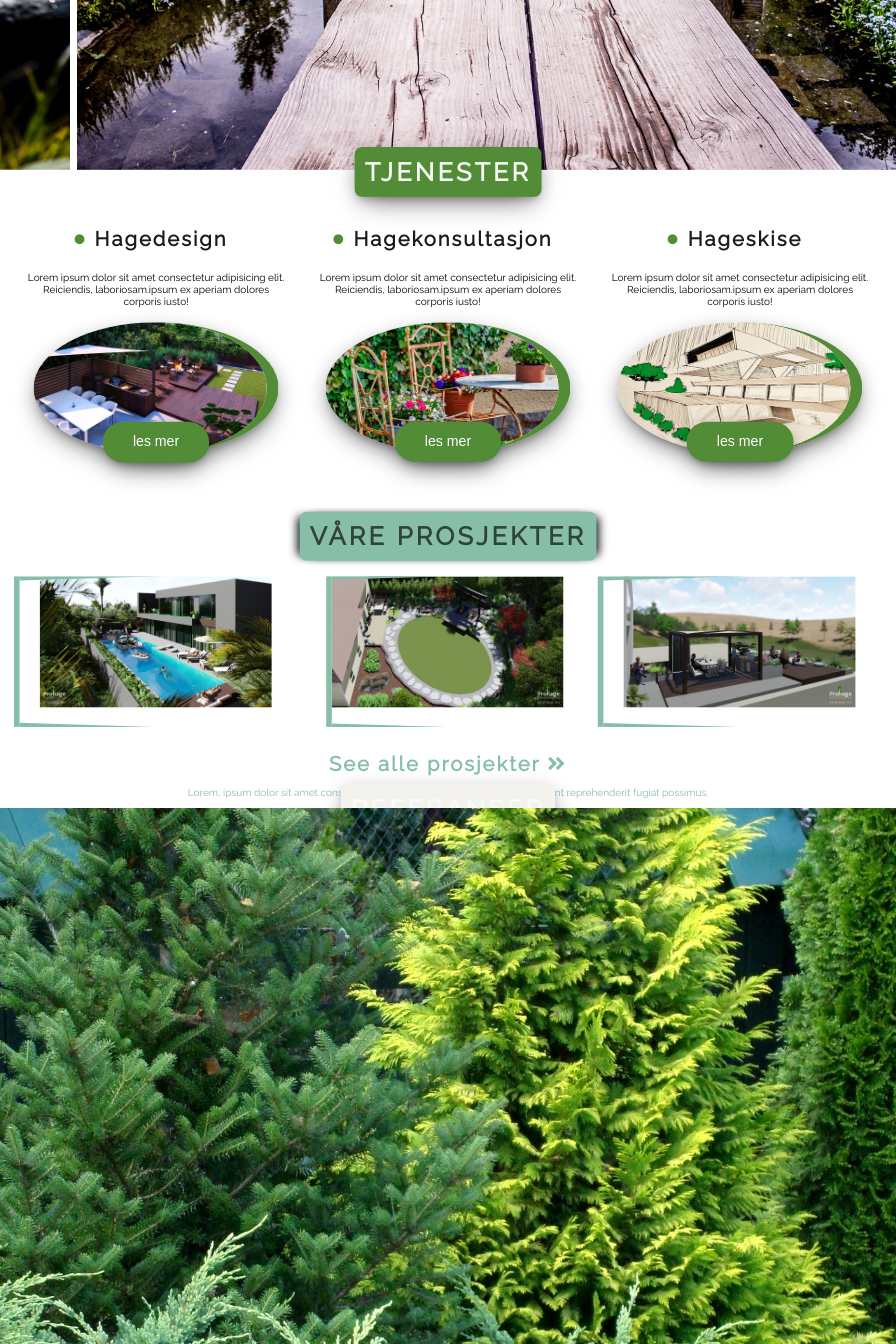
Repository: marinazzz/garden-design-website
Page: index.html
These files come from the project's save history. The page is drawn as it stood at one moment and after the next save; the edit follows.
The browser window is 1280 px wide. The pictures show the part of the page from y = 758 to 2678 px (the page is 4133 px tall), at 70% of full size.

Above is the page before, as saved 2020-04-05 13:30:58.

### index.html
<!DOCTYPE html>
<html lang="nb">
<head>
    <title>Hagedesign Oslo</title>
    <link rel="stylesheet" type="text/css" href="CSS/fontawesome-free-5.12.1-web/css/all.min.css">
    <link rel="stylesheet" type="text/css" href="CSS/style.css"/>
    <link rel="stylesheet" type="text/css" href="CSS/min-width-768px.css">
    <link rel="stylesheet" type="text/css" href="CSS/min-width-992px.css">
    <link rel="stylesheet" href="https://cdnjs.cloudflare.com/ajax/libs/animate.css/3.7.2/animate.min.css">
    <link rel="stylesheet" type="text/css" href="PLUGINS/glide-master/dist/css/glide.core.min.css" />
    <link rel="stylesheet" type="text/css" href="PLUGINS/glide-master/dist/css/glide.theme.min.css" />
    <link href="https://fonts.googleapis.com/css?family=Raleway&display=swap" rel="stylesheet">
    <meta name="viewport" content="width=device-width, initial-scale=1" charset="UTF-8">
</head>
<body>
    <header class="header--white-green">
        <div class="wrapper">
        <div class="container__menu--small container__menu"> <!--grid container-->
            <div class="container__logo"> <!--1.column-->
                <img class="logo"src="images/prohage black.png" alt="Prohage logo">
            </div>
            <div class="container__items--small container__items"> <!--2.column-->
                <div class="container__item"> <!--1.row-->
                     <a href="mailto:info@prohage.no"
                         class ="container__item-txt"><i class="far fa-envelope"></i>info@prohage.no</a>
                     <a href="tlf:45511111"
                         class="container__item-txt"><i class="fas fa-phone"></i>45511111</a>
                </div>
               <div class="container__item-bottom"> <!--2.row-->
                   <button class="menu__toggle">
                       <i class="fas fa-bars"></i>
                   </button>
                   <nav id="menu">
                        <ul class="menu__list">
                            <li class="menu__item">
                                <a class="menu__link" href="home">Home</a>
                            </li>
                            <li class="menu__item">
                                <a class="menu__link" href="#services">Våre tjenester</a>
                            </li>
                            <li class="menu__item">
                                <a class="menu__link" href="#gallery">Galleri</a>
                            </li>
                            <li class="menu__item">
                                <a class="menu__link" href="#about">Om oss</a>
                            </li>
                            <li class="menu__item">
                                <a class="menu__link" href="#blog">Blogg</a>
                            </li>
                            <li class="menu__item">
                                <a class="menu__link" href="kontakt">Kontakt</a>
                            </li>
                       </ul>
                   </nav>
               </div>
            </div>
            </div>
        </div>
        <section id="main-photo">
            <div class="glide">
                <div class="glide__track"
                     data-glide-el="track">
                    <ul class="glide__slides">
                        <li class="glide__slide">
                            <img class="main-photo__item"
                                 srcset="images/daylight-environment-garden-2000.jpg 2000w,
                                         images/daylight-environment-garden-1000.jpg 1000w"
                                 sizes="(min-width: 1440px) 2000px, 100vw"
                                 src="images/daylight-environment-garden-2000.jpg" alt="Garden and plants" />
                                 <h1 class="main-photo__title">Profesjonell hagehjelp</h1>
                        </li>
                        <li class="glide__slide">
                            <img class="main-photo__item"
                                 srcset="images/main-header-photo-2000.jpg 2000w,
                                          images/main-header-photo-1000.jpg 1000w"
                                 sizes="(min-width: 1440px) 2000px, 100vw"
                                 src="images/main-header-photo-2000.jpg" alt="Garden and plants" />
                                 <h1 class="main-photo__title">Ta kontakt allerede idag</h1>
                                </li>
                        <li class="glide__slide">
                            <img class="main-photo__item"
                                 srcset="images/header-photo-2000.jpg 2000w,
                                         images/header-photo-1000.jpg 1000w"
                                 sizes="(min-width: 1440px) 2000px, 100vw"
                                 src="images/header-photo-2000.jpg" alt="Garden designed by proffesional" />
                                 <h1 class="main-photo__title">Rådgiving og tipser</h1>
                        </li>
                        <li class="glide__slide">
                            <img class="main-photo__item"
                                 srcset="images/bloom-blooming-blur-2000.jpg 2000w,
                                         images/bloom-blooming-blur-1000.jpg 1000w"
                                 sizes="(min-width: 1440px) 2000px, 100vw"
                                 src="images/bloom-blooming-blur-2000.jpg" alt="Garden designed by proffesional" />
                                 <h1 class="main-photo__title">Følg vår hageblogg</h1>
                        </li>
                    </ul>
                </div>
                <!--<div class="glide__arrows"
                         data-glide-el="controls">
                        <button class="glide__arrow glide__arrow--left"
                                data-glide-dir="<">
                            <i class="fas fa-chevron-circle-left"></i>
                        </button>
                        <button class="glide__arrow glide__arrow--right"
                                data-glide-dir=">">
                            <i class="fas fa-chevron-circle-right"></i>
                        </button>
                    </div>-->
            </div>

            <!--<img class="main-photo__item1"
                 srcset="images/architecture-clouds-daylight-2000.jpg 2000w,
                         images/architecture-clouds-daylight-1000.jpg 1000w"
                 sizes="(min-width: 1440px) 2000px, 100vw"
                 src="images/architecture-clouds-daylight-2000.jpg" alt="Garden">
            <img class="main-photo__item2"
                 srcset="images/header-photo-2000.jpg 2000w,
                         images/header-photo-1000.jpg 1000w"
                 sizes="(min-width: 1440px) 2000px, 100vw"
                 src="images/header-photo-2000.jpg" alt="Garden designed by proffesional" >
            <img class="main-photo__item3"
                 srcset="images/main-header-photo-2000.jpg 2000w,
                         images/main-header-photo-1000.jpg 1000w"
                 sizes="(min-width: 1440px) 2000px, 100vw"
                 src="images/main-header-photo-2000.jpg" alt="Garden and plants" >
            <h1 class="main-photo__title">Profesjonell hagehjelp</h1>-->
        </section>
     </header>
     <main>
         <section id="services" class="section--white-green section__container">
            <h1 class="services__title">Tjenester</h1>
            <div class="services__wrapp">
            <section class="services__item">
                <div class="item-title__wrapp">
                    <i class="fas fa-circle"></i>
                    <h2 class="services__item-title">Hagedesign</h2>
                </div>
                <p class="services__txt">Lorem ipsum dolor sit amet consectetur adipisicing elit. Reiciendis, laboriosam.ipsum ex aperiam dolores corporis iusto!</p>
                <div class="button__position">
                     <img class="services__photo" src="images/Hagedesign.jpg" alt="Hagedesigner tegner" />
                     <button class="services__toggle">les mer</button>
                </div>
            </section>
            <section class="services__item">
                <div class="item-title__wrapp">
                    <i class="fas fa-circle"></i>
                    <h2 class="services__item-title">Hagekonsultasjon</h2>
                </div>
                <p class="services__txt">Lorem ipsum dolor sit amet consectetur adipisicing elit. Reiciendis, laboriosam.ipsum ex aperiam dolores corporis iusto!</p>
                <div class="button__position">
                    <img class="services__photo" src="images/konsultasjon.jpg" alt="Hagekonsultasjon med hagedesigner"/> <!--smaller picture than other 2-->
                    <button class="services__toggle">les mer</button>
                </div>
            </section>
            <section class="services__item">
                <div class="item-title__wrapp">
                    <i class="fas fa-circle"></i>
                    <h2 class="services__item-title">Hageskise</h2>
                </div>
                <p class="services__txt">Lorem ipsum dolor sit amet consectetur adipisicing elit. Reiciendis, laboriosam.ipsum ex aperiam dolores corporis iusto!</p>
                <div class="button__position">
                    <img class="services__photo" src="images/skisse.jpg" alt="Hagedesigner hjelp"/>
                    <button class="services__toggle">les mer</button>
                </div>
            </section>
            </div>
         </section>
         <section id="gallery" class="section--dark-green section__container">
            <h1 class="gallery__title services__title">Våre prosjekter</h1>
            <div class="gallery__wrapp services__wrapp">
                <div class="gallery__items">
                    <div class="gallery__item-wrapp">
                        <img class="gallery__item"
                             srcset="images/gallery-photo1-2000.jpg 2000w,
                                     images/gallery-photo1-1000.jpg 1000w"
                             sizes="(min-width: 1440px) 2000px, 100vw"
                             src="images/gallery-photo1-2000.jpg" alt="Hagedesign terrase" />
                    </div>
                    <div class="gallery__item-wrapp gallery__item-wrapp--padding">
                        <img class="gallery__item"
                             srcset="images/gallery-photo2-2000.jpg 2000w,
                                     images/gallery-photo2-1000.jpg 1000w"
                             sizes="(min-width: 1440px) 2000px, 100vw"
                             src="images/gallery-photo2-2000.jpg" alt="Hagedesign terrase" />
                    </div>
                    <div class="gallery__item-wrapp">
                        <img class="gallery__item"
                             srcset="images/gallery-photo3-2000.jpg 2000w,
                                     images/gallery-photo3-1000.jpg 1000w"
                             sizes="(min-width: 1440px) 2000px, 100vw"
                             src="images/gallery-photo3-2000.jpg" alt="Hagedesign terrase" />
                    </div>
                </div>
                <div class="gallery__txt-wrapp">
                    <h2 class="gallery__item-title services__item-title">See alle prosjekter
                        <i class="fas fa-angle-double-right"></i>
                    </h2>
                    <p class="gallery__txt">Lorem, ipsum dolor sit amet consectetur adipisicing elit. Magni neque, ut incidunt reprehenderit fugiat possimus.</p>
                </div>
            </div>
        </section>
        <div class="reviews__bg">
            <section id="reviews">
                <h1 class="reviews__title services__title">Referanser</h1>
                <div class="glide"> <!--needs to be 3 slides per view on tablet,laptop-->
                    <div class="glide__track" data-glide-el="track">
                      <ul class="glide__slides">
                        <li class="glide__slide">
                            <div class="review__items">
                                <img class="review__photo"
                                 src="images/review-picture1.jpg" alt="Hagedesign terrase" />
                                <h2 class="review__title">Beste hagehjelp</h2>
                                <blockquote>
                                    <p class="review__txt">Lorem ipsum dolor sit amet consectetur adipisicing elit.
                                       Dolorem nemo, voluptatibus ullam facere laudantium sit impedit repudiandae facilis beatae laborum.
                                       Vero dicta blanditiis quidem est.</p>
                                     <footer class="review__author">Anonymous</footer>
                                </blockquote>
                            </div>
                        </li>
                        <li class="glide__slide">
                            <div class="review__items">
                                <img class="review__photo"
                                 src="images/review-picture2.jpg" alt="Hagedesign terrase" />
                                <h2 class="review__title">Tussen takk</h2>
                                <blockquote>
                                    <p class="review__txt">Lorem ipsum dolor sit amet consectetur adipisicing elit.
                                       Dolorem nemo, voluptatibus ullam facere laudantium sit impedit repudiandae facilis beatae laborum.
                                       Vero dicta blanditiis quidem est.</p>
                                     <footer class="review__author">Anonymous</footer>
                                </blockquote>
                            </div>
                        </li>
                        <li class="glide__slide">
                            <div class="review__items">
                                <img class="review__photo"
                                 src="images/review-picture3.jpg" alt="Hagedesign terrase" />
                                <h2 class="review__title">Anbefaler</h2>
                                <blockquote>
                                    <p class="review__txt">Lorem ipsum dolor sit amet consectetur adipisicing elit.
                                       Dolorem nemo, voluptatibus ullam facere laudantium sit impedit repudiandae facilis beatae laborum.
                                       Vero dicta blanditiis quidem est.</p>
                                     <footer class="review__author">Anonymous</footer>
                                </blockquote>
                            </div>
                        </li>
                      </ul>
                    </div>
                    <div class="glide__arrows"
                             data-glide-el="controls">
                            <button class="glide__arrow glide__arrow--left"
                                    data-glide-dir="<">
                                <i class="fas fa-chevron-circle-left"></i>
                            </button>
                            <button class="glide__arrow glide__arrow--right"
                                    data-glide-dir=">">
                                <i class="fas fa-chevron-circle-right"></i>
                            </button>
                        </div>
                 </div>
            </section>
             <article id="blog-posts">

             </article>
             <section id="about oss">

            </section>
        </div>
     </main>
     <footer class="footer__main">
	     <p>designed by Marina Zujic
		     <a href="https://github.com/marinazzz">github.com/marinazzz</a>
	     </p>
     </footer>
     <script src="PLUGINS/glide-master/dist/glide.min.js"></script>
     <script src="JS/js-app.js"></script>
</body>
</html>

### CSS/style.css
:root {
  --color-main-green: #528C36;
  --color-white:#F3F2ED;
  --color-dark-green: #304337;
  --color-light-green:#86bea9;
  --color-brown: #765E50;
}

html {
  font-size: 62.5%;
}

body {
  margin: 0;
  padding: 0;
  text-align: center;
  box-sizing: border-box;
  font-family: 'Raleway', sans-serif;
}

/* SHARED COMPONENTS */


       /*__ HEADER__ */

/*color styles*/
.header--white-green {
  --color-main-green: #528C36;
  --header-link-color: black;
  --header-menu-link: #fff;
  --header-toggle-color: #528C36;
}

/*main style*/
.container__menu--small {
  display: flex;
  justify-content: space-around;
  box-shadow: 0 0 2rem 0 rgba(0, 0, 0, 0.24), 0 0 30rem 0 rgba(0, 0, 0, 0.2);
}

.logo {
  max-height: 8rem;
  background: white;
}

.container__items--small {
  display: grid;
  grid-template-rows: 1fr 1fr;
  align-content: flex-end;
  width: 250px;
}

.container__item {
  align-self: center;
}

.container__item,
.container__item-bottom {
  text-align: end;
}

.container__item-txt {
  color: var(--header-link-color);
  text-decoration: none;
  font-size: 1.2rem;
}

.container__item > a:first-of-type {
  padding-right: 1.6rem;
}

.container__item-bottom > nav {
  text-align: center;
}

.menu__toggle {
  color: var(--color-main-green);
  box-sizing: border-box;
  border: none;
  background-color: transparent;
  outline: none;
  font-size: 3rem;
  line-height: 0;
  padding: 0.5rem;
  color: var(--header-toggle-color);
  position: relative;
  z-index: 100;
}

.fa-phone,
.fa-envelope {
  margin-right: 1rem;
}


/* MENU */

#menu {
  display: none;
  position: absolute;
  top: auto;
  left: 0;
  width: 100%;
  padding-top: 1rem;
  background-color: var(--color-main-green);
  z-index: 20;
}

.menu__list {
  padding: 0;
  margin: 0;
  display: flex;
  flex-direction: column;
}

.menu__item {
  display: block;
  margin-bottom: 1rem;
}

.menu__link {
  color: var(--header-menu-link);
  text-decoration: none;
  font-size: 1.4rem;
}

#menu.menu-opened {
  display: block;
}


/*FOR SMALL DEVICES*/

@media screen and (max-width: 420px) {

  .logo {
    max-height: 7rem;
  }

  .container__items--small {
    width: auto;
    align-self: center;
  }

  .container__item > a:first-of-type {
    padding-right: 1.3rem;
  }

  .container__item {
    text-align: center;
  }

  .fa-phone, .fa-envelope {
    margin-right: 0.3rem;
  }
}

/* MAIN PICTURE */

#main-photo {
  width: 100%;
  padding-top: 1rem;
}

.main-photo__title {
  position: absolute;
  color: white;
  background-color:#524a4a3b;
  border: 0.1rem solid white;
  filter: drop-shadow(2px 4px 6px black);
  padding: 2rem;
  margin: 0 auto;
  font-size: 1.5rem;
  letter-spacing: 0.2rem;
  top: 50%;
  left: 50%;
  transform: translate(-50%, -50%);
}



/* GLIDE SLIDER CSS OVERRIDES */

.glide__slides {
  margin: 0;
}

.glide__slide {
  position: relative;
}

/*#main-photo .glide__arrow  {
  font-size: 4rem;
  padding: 0;
  border-color: transparent;
  box-shadow: none;
  border-radius: 50%;
  line-height: 0;
  transition: all 200ms ease-in-out;
}

#main-photo .glide__arrow:hover {
  border-color: #252525;
  color: #252525;
}*/



/*#main-photo {
  position: relative;
}

.main-photo__item {
   width: 100%;
}

.main-photo__title {
  position: absolute;
  bottom: 1rem;
  left: 20rem;
  font-size: 2rem;
}*/



/*1. COLOR OPTION*/
/* CSS variables*/
/* :root {
  --header-bg-color: #4daa57;
  --header-top-bg-color: #252525;
  --header-toggle-color: #fff;
}*/

/*.top-header__item {
  color: var(--header-link-color);
  text-decoration: none;
  font-size: 1.4rem;
}*/


/*------MAIN----------*/

/* SECTIONS */

/*Common styles for sections*/

/*color styles*/
.section--white-green {
  --color-dark-green:: #FAFAFA;
  --color-white: #528C36;
  --section-border-color: #528C36;
  --section-h2-color: #1C1A21;
  --buttons-services-color: #528C36;
}

/*layout*/
.services__wrapp {
  display: flex;
  flex-direction: column;
  align-items: center;
  padding: 0 1rem;
}

/*#services, #gallery, #reviews, #about {
  padding: 0.5rem;
  background: var(--section-bg);
}*/

/*.services-title, .gallery-title, .about-title {
  font-size: 2.5rem;
  margin: 0 9rem;
  padding-top: 1.6rem;
  letter-spacing: 0.32rem;
  border-bottom: var(--section-border-color) solid 0.25rem;
}*/


/* SECTION SERVICES */

.services__title {
  font-size: 2.5rem;
  position: absolute;
  left: 50%;
  transform: translate(-50%, -50%);
  border-radius: 0.7rem;
  color: #fafafa;
  background: var(--color-white);
  letter-spacing: 0.32rem;
  padding: 1rem;
  margin: 0 auto;
  text-transform: uppercase;
}

.services__title,
.services__photo,
.services__toggle {
  box-shadow: 0 16px 38px -12px rgba(0, 0, 0, 0.56), 0 4px 25px 0px rgba(0, 0, 0, 0.12), 0 8px 10px -5px rgba(0, 0, 0, 0.2);
}

.services__item {
  padding-top: 5rem;
}

.item-title__wrapp {
  display: flex;
  justify-content: center;
  align-items: center;
}

.fas,
.fa-circle {
  color: var(--buttons-services-color);
}

.services__item-title {
  color: var(--section-h2-color);
  letter-spacing: 0.2rem;
  margin: 0.5rem 0 0.5rem 0;
  font-size: 2rem;
  padding: 0 1rem;
}

.services__txt {
  margin: 0;
  padding: 1.5rem;
}

.button__position {
  position: relative;
}

.button__position > button {
  position: absolute;
  bottom: -15%;
  left: 50%;
  transform: translate(-50%, -50%);
}

.services__photo {
  overflow: hidden;
  border-radius: 50%;
  border-right: solid 1.2rem var(--section-border-color);
  width: 80%;
}

.services__toggle {
  background: var(--buttons-services-color);
  border-radius: 3rem;
  box-sizing: border-box;
  border: none;
  font-size: 1.4rem;
  padding: 1.2rem 3rem;
  color: #fff;
}


/* SECTION GALLERY */

.section--dark-green {
  --color-dark-green:: #304337;
  --section-title-color: #304337;
  --color-white: #86BEA9;
  --section-border-color: #86BEA9;
  --section-h2-color: #86BEA9;
}

#gallery {
  margin-top: 8rem;
  position: relative;
}

.gallery__title {
  width: 65%;
  color: var(--section-title-color);
  background: var(--color-white);
  box-shadow: -10px 0px 13px -7px #000000, 10px 0px 13px -7px #000000, 2px 5px 15px 5px rgba(0,0,0,0);
}

.gallery__wrapp {
  background: var(--color-dark-green:);
}

.gallery__item {
  /* border-left: solid 0.6rem var(--section-title-bg);
  border-bottom: solid 0.6rem var(--section-title-bg); */
  display: block;
  max-width: 100%;
  height: auto;
  /*box-shadow: inset 6px -6px 6px 1px #86bea9;*/
}

.gallery__item-wrapp {
  position: relative;
  margin: 0 2rem 2rem 1.4rem;
  border-left: solid 0.6rem var(--color-white);
  overflow: hidden;
}

.gallery__item-wrapp:after,
.gallery__item-wrapp:before {
  content: '';
  position: absolute;
  width: 100%;
  height: 1.25rem;
  background-color: var(--color-white);
}

.gallery__item-wrapp:after {
  left: -0.5rem;
  bottom: -1.25rem;
  transform: rotate(1.75deg);
}

.gallery__item-wrapp:before {
  left: -0.4rem;
    top: -1.25rem;
    transform: rotate(-1.75deg);
}



.gallery__txt-wrapp {
  display: flex;
  flex-direction: column;
  align-items: center;
}

.gallery__item-title,
.gallery__txt {
  color: var(--color-white);
  padding: 0 3rem;
}

.gallery__items {
  padding-top: 4rem;
  display: flex;
  flex-direction: column;
  align-items: center;
}

/*FOOTER*/

footer {
  background: #333333;
  padding: 0.5rem;
  margin-top: 20rem; /*temporary*/
  color: white;
}

footer a {
  color: white;
  text-decoration: none;
}

Loaded but not shown: CSS/fontawesome-free-5.12.1-web/css/all.min.css (library); PLUGINS/glide-master/dist/css/glide.core.min.css (common file); PLUGINS/glide-master/dist/css/glide.theme.min.css (common file); PLUGINS/glide-master/dist/glide.min.js (library); JS/js-app.js (47 lines, source omitted); CSS/min-width-768px.css (167 lines, source omitted); CSS/min-width-992px.css (113 lines, source omitted)

After the next save:
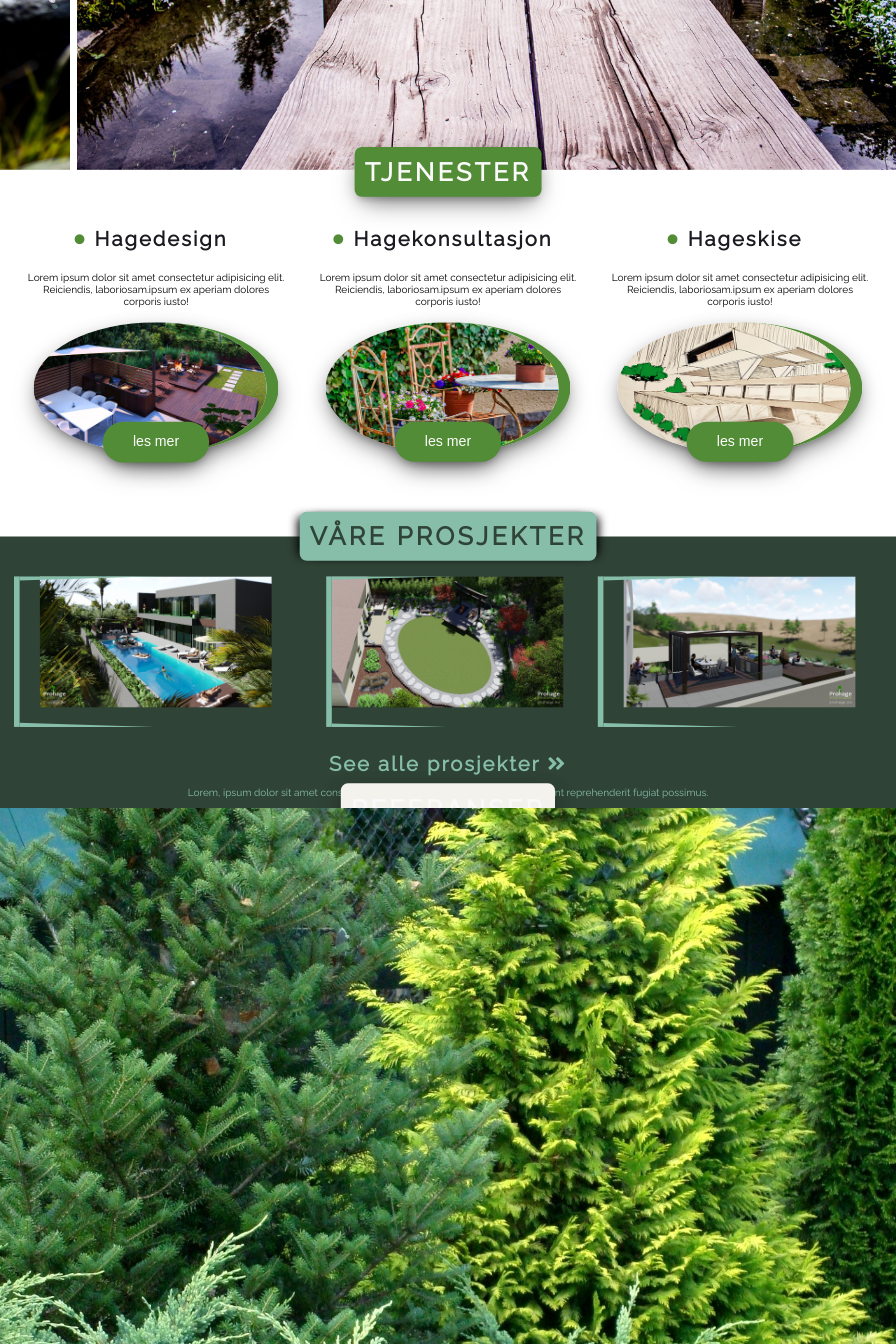
Saved 60 s later.
--- a/CSS/style.css
+++ b/CSS/style.css
@@ -357,7 +357,7 @@ body {
 /* SECTION GALLERY */
 
 .section--dark-green {
-  --color-dark-green:: #304337;
+  --color-dark-green: #304337;
   --section-title-color: #304337;
   --color-white: #86BEA9;
   --section-border-color: #86BEA9;
@@ -377,7 +377,7 @@ body {
 }
 
 .gallery__wrapp {
-  background: var(--color-dark-green:);
+  background: var(--color-dark-green);
 }
 
 .gallery__item {
